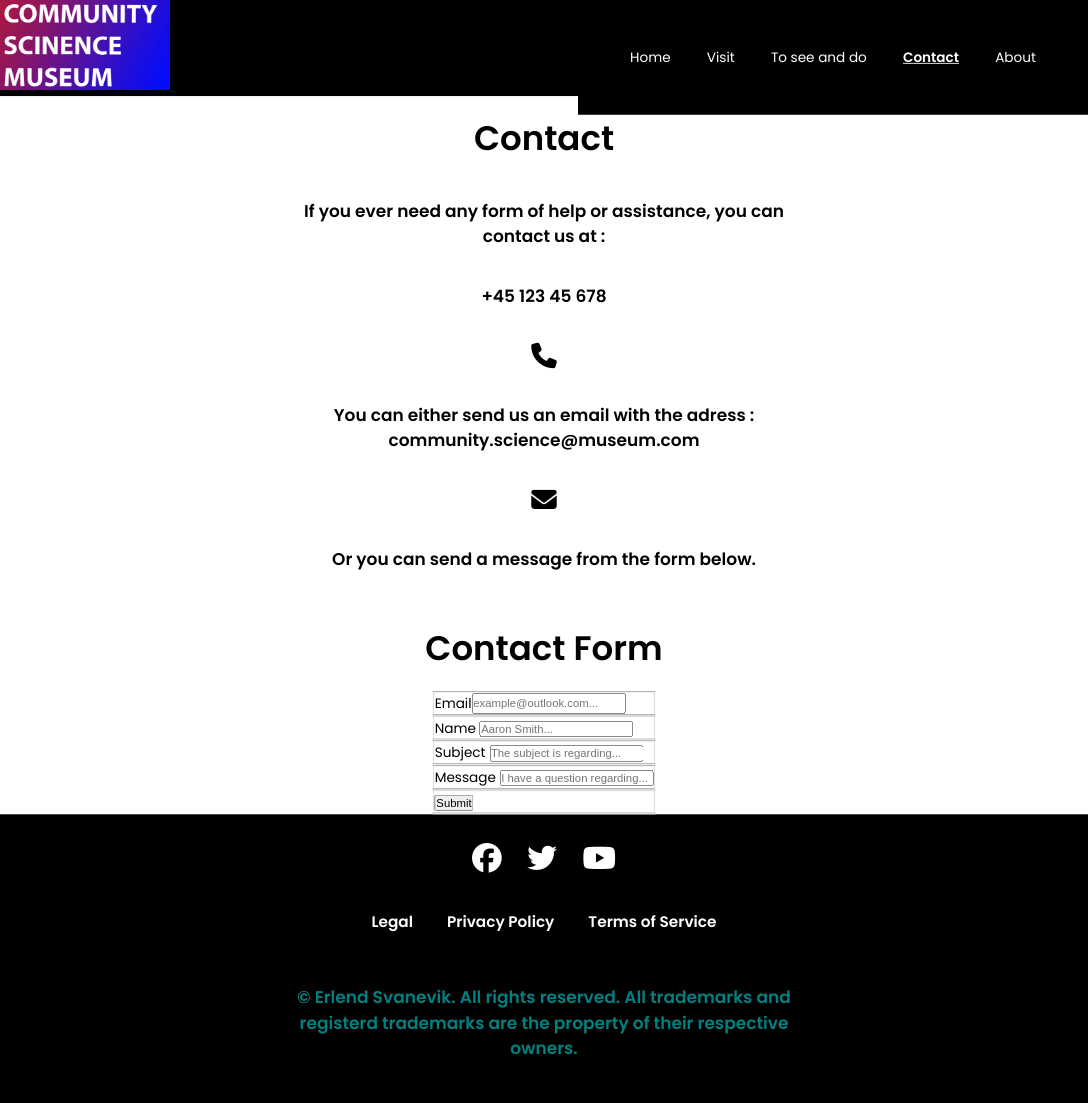
Repository: EpleWasTaken/Semester-Project
Page: contact.html
The author's editor kept a copy of each file at every save. The page is drawn from the files as they stood at one save, then again after the next save.
The browser window is 1280 px wide. The pictures show the whole page, at 85% of full size.
Some web libraries are served in a nearby version.

Above is the page before, as saved 2020-12-11 22:07:09.

After the next save:
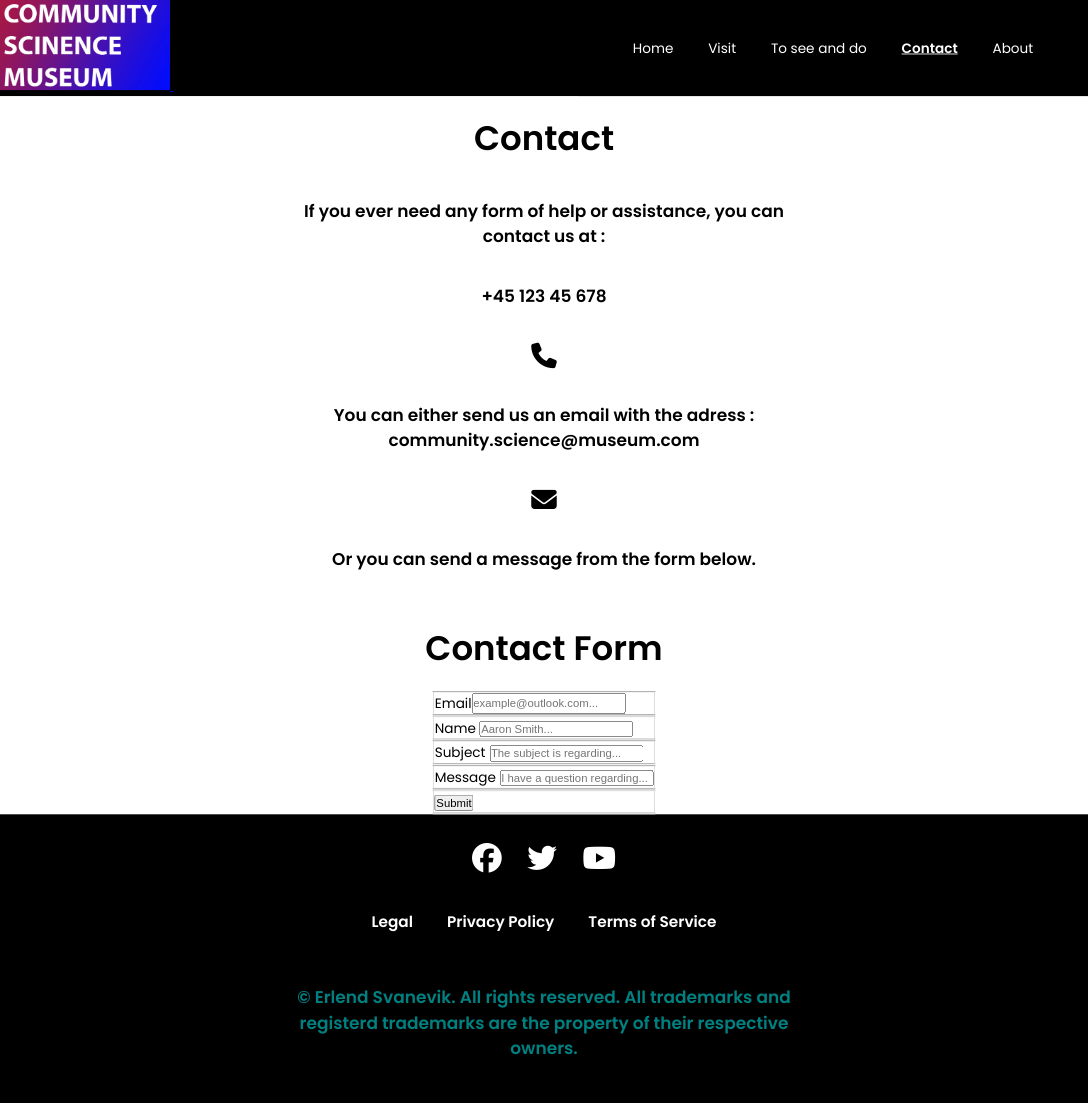
Saved 5 s later.
--- a/css/hamburger.css
+++ b/css/hamburger.css
@@ -24,19 +24,18 @@ nav a {
 	display: block;
 	justify-content: center;
 	align-items: center;
-	margin: 15px;
 }
 
 .nav {
 	display: block;
 	position: absolute;
+	justify-content: space-between;
 	right: 0;
 	top: 5;
 	height: 100%;
 	width: 100%;
 	background-color: blue;
 	text-align: center;
-	padding: 40px;
 }
 
 .hamburger-label {
